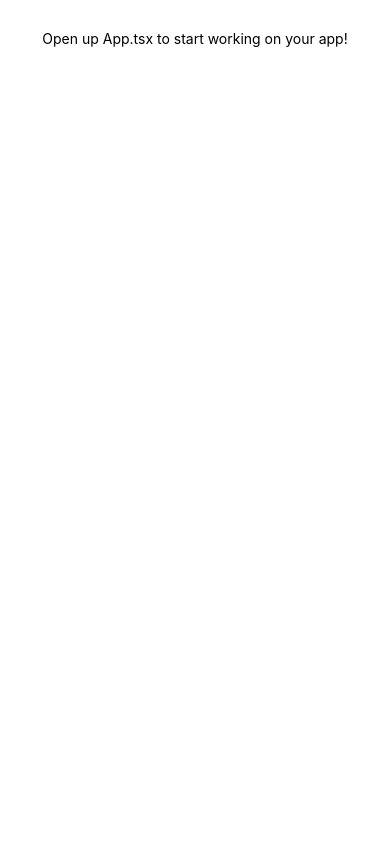
Repository: sonnke/imageResizer
Screen: /
These files come from the project's save history. The screen is drawn as it stood at one moment and after the next save; the edit follows.
The app was drawn by React Native's web renderer in a window 390 px wide. The project was rebuilt for these pictures with package versions that can differ from the ones it lists, and the page was loaded fresh each time.

Above is the screen before, as saved 2020-02-02 12:10:16.

### App.tsx
import React from 'react';
import { StyleSheet, Text, View } from 'react-native';
import styled from 'styled-components/native';

const MainContainer = styled.View`
  flex: 1;
  align-items: center;
  justify-content: flex-start;
  padding-top: 30px;
`;

export default function App() {
  return (
    <MainContainer>
      <Text>Open up App.tsx to start working on your app!</Text>
    </MainContainer>
  );
}

After the next save:
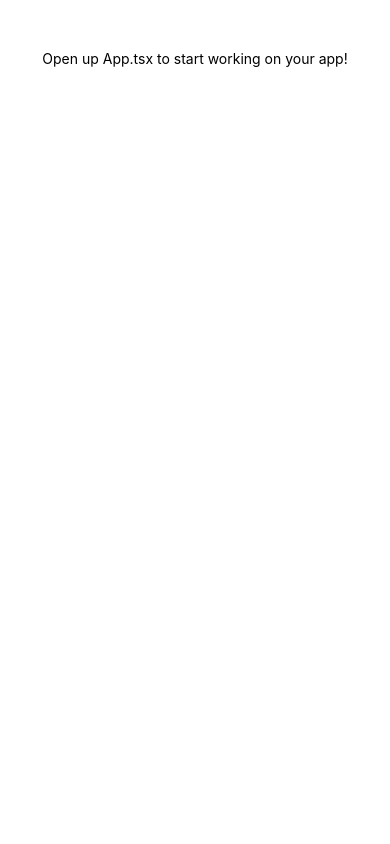
Saved 5 s later.
--- a/App.tsx
+++ b/App.tsx
@@ -6,7 +6,7 @@ const MainContainer = styled.View`
   flex: 1;
   align-items: center;
   justify-content: flex-start;
-  padding-top: 30px;
+  padding-top: 50px;
 `;
 
 export default function App() {
